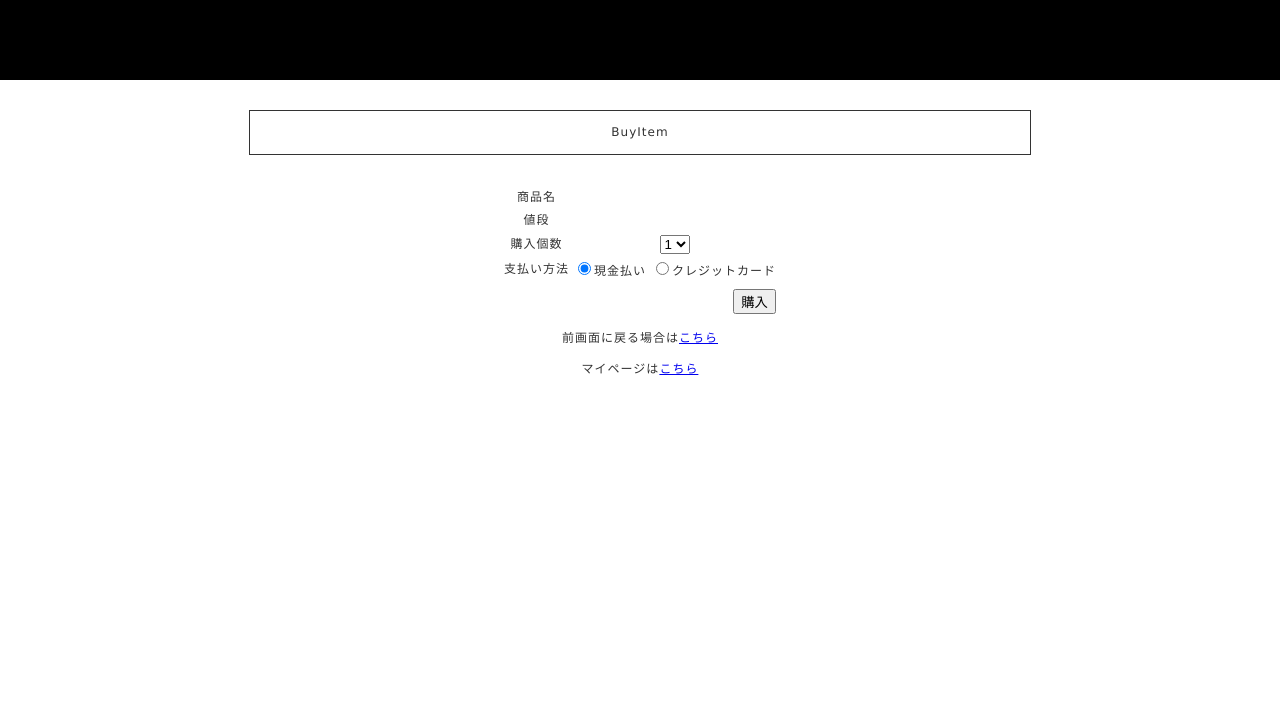
Repository: hiranatsu/ECtest
Page: http://localhost/ecsite/buyItem.jsp
These files come from the project's save history. The page is drawn as it stood at one moment and after the next save; the edit follows.
The browser window is 1280 px wide. The pictures show the whole page.
The page is served by Tomcat 9.

Above is the page before, as saved 2018-09-07 04:35:39.

After the next save:
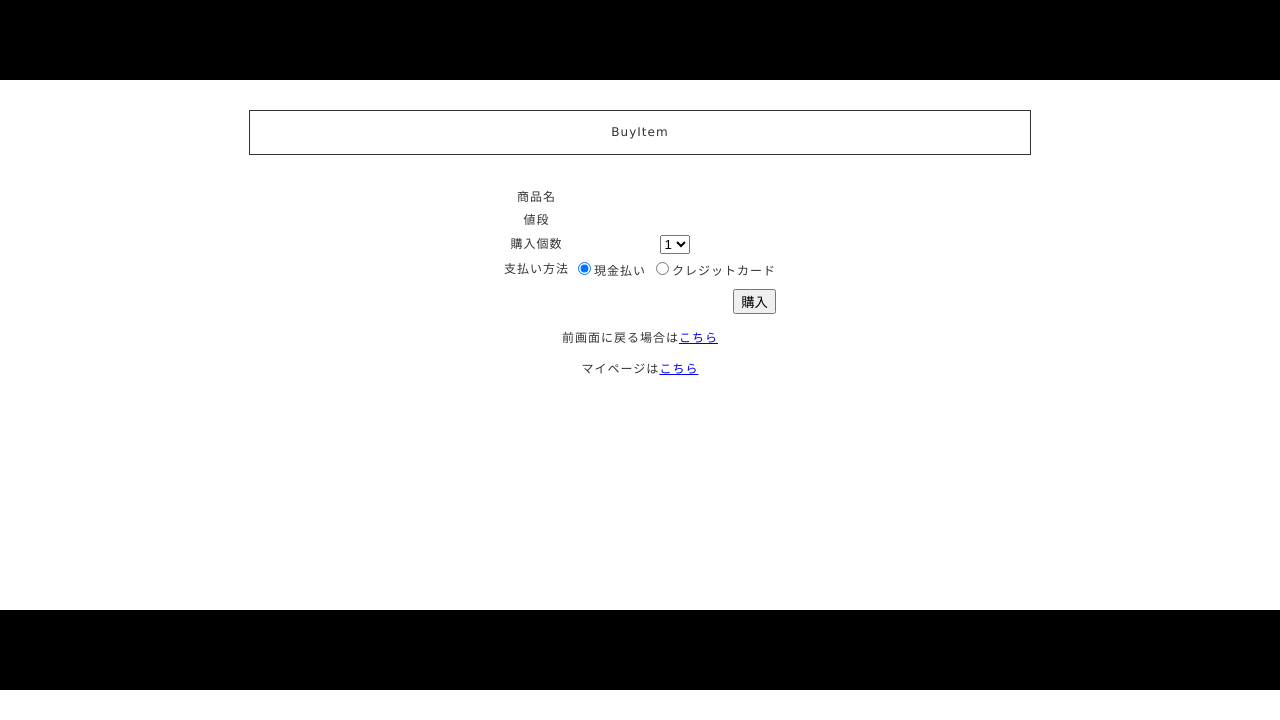
Saved 39 s later.
--- a/ecsite/WebContent/buyItem.jsp
+++ b/ecsite/WebContent/buyItem.jsp
@@ -115,6 +115,10 @@
 			</div>
 		</div>
 	</div>
+	<div id="footer">
+		<div id="pr">
+		</div>
+	</div>
 
 </body>
 </html>
